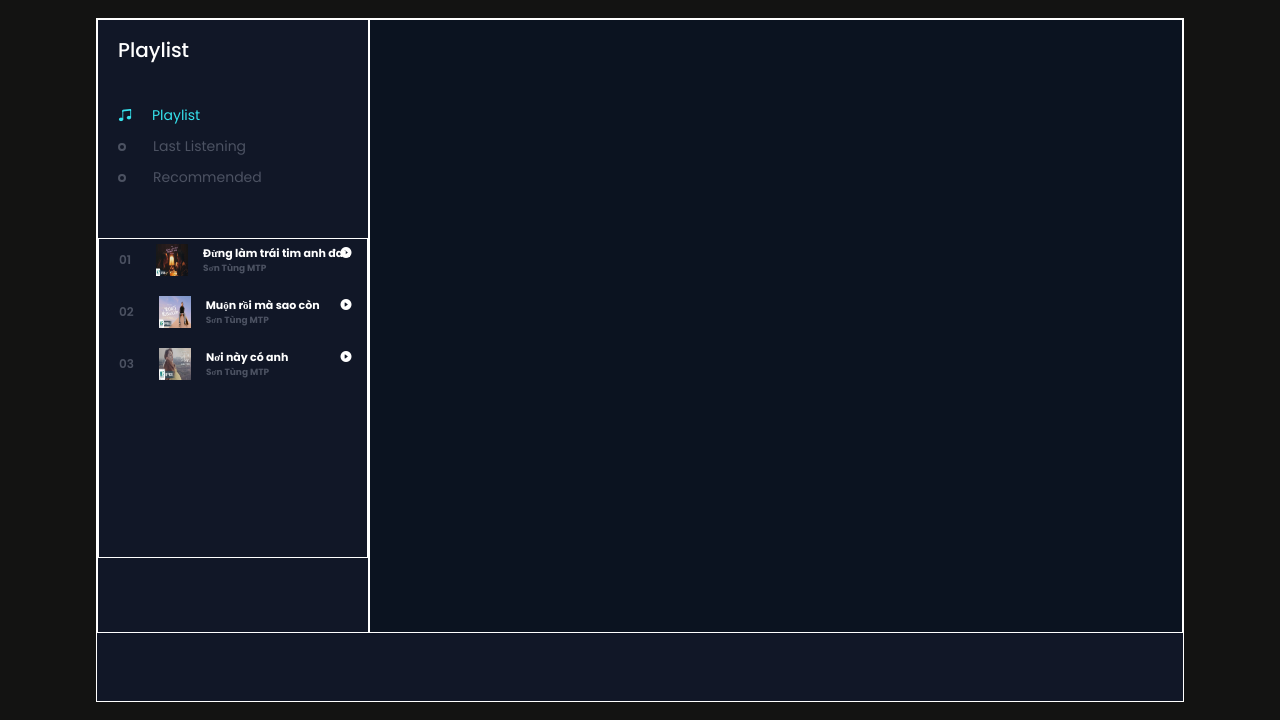
Repository: reminzuetto/Music-Website
Page: index.html
An editor plug-in stored every save of this project. The page is shown before and after a run of saves, followed by the edit.
The browser window is 1280 px wide. The pictures show the whole page.

Above is the page before, as saved 2024-06-10 23:11:32.

### index.html
<!DOCTYPE html>
<html lang="en">
  <head>
    <meta charset="UTF-8" />
    <meta name="viewport" content="width=device-width, initial-scale=1.0" />
    <link rel="stylesheet" href="./style.css" />
    <link
      rel="stylesheet"
      href="https://cdn.jsdelivr.net/npm/bootstrap-icons@1.11.3/font/bootstrap-icons.min.css"
    />
    <title>Music Website</title>
  </head>
  <body>
    <header>
      <div class="menu_side">
        <h1>Playlist</h1>
        <div class="playlist">
          <h4 class="active">
            <span></span><i class="bi bi-music-note-beamed"></i>Playlist
          </h4>
          <h4>
            <span></span><i class="bi bi-music-note-beamed"></i>Last Listening
          </h4>
          <h4>
            <span></span><i class="bi bi-music-note-beamed"></i>Recommended
          </h4>
        </div>
        <div class="menu_song">
          <li class="songItem">
            <span>01</span>
            <img
              src="./MusicThumbnail/DungLamTraiTimAnhDau.jpg"
              alt="DungLamTraiTimAnhDau"
            />
            <h5 class="subtitle">
              Đừng làm trái tim anh đau
              <div class="subtitle">Sơn Tùng MTP</div>
              <i class="bi bi-play-circle-fill"></i>
            </h5>
          </li>
          <li class="songItem">
            <span>02</span>
            <img
              src="./MusicThumbnail/MuonRoiMaSaoCon.jpg"
              alt="MuonRoiMaSaoCon"
            />
            <h5 class="subtitle">
              Muộn rồi mà sao còn
              <div class="subtitle">Sơn Tùng MTP</div>
              <i class="bi bi-play-circle-fill"></i>
            </h5>
          </li>
          <li class="songItem">
            <span>03</span>
            <img src="./MusicThumbnail/NoiNayCoAnh.jpg" alt="NoiNayCoAnh" />
            <h5 class="subtitle">
              Nơi này có anh
              <div class="subtitle">Sơn Tùng MTP</div>
              <i class="bi bi-play-circle-fill"></i>
            </h5>
          </li>
        </div>
      </div>
      <div class="song_side"></div>
      <div class="master_play"></div>
    </header>
    <script src="./main.js"></script>
  </body>
</html>

### style.css
@import url("https://fonts.googleapis.com/css2?family=Poppins:ital,wght@0,100;0,200;0,300;0,400;0,500;0,600;0,700;0,800;0,900;1,100;1,200;1,300;1,400;1,500;1,600;1,700;1,800;1,900&display=swap");
* {
  padding: 0%;
  margin: 0%;
  box-sizing: border-box;
}

body {
  width: 100%;
  height: 100vh;
  background-color: #131312;
  font-family: "Poppins", "sans-serif";
  display: flex;
  align-items: center;
  justify-content: center;
}

header {
  width: 85%;
  height: 95%;
  border: 1px solid #fff;
  display: flex;
  flex-wrap: wrap;
  overflow: hidden;
}

header .menu_side,
.song_side {
  position: relative;
  width: 25%;
  height: 90%;
  border: 1px solid #fff;
  background-color: #111727;
  box-shadow: 5px 0px 2px #090f1f;
  color: #fff;
}

header .song_side {
  width: 75%;
  background: #0b1320;
}

header .master_play {
  width: 100%;
  height: 10%;
  background: #111727;
  box-shadow: 0px 3px 8px #090f1f;
}

header .menu_side h1 {
  font-size: 20px;
  margin: 15px 0px 0px 20px;
  font-weight: 500;
}

header .menu_side .playlist {
  margin: 40px 0px 0px 20px;
}
header .menu_side .playlist h4 {
  font-size: 14px;
  font-weight: 400;
  padding-bottom: 10px;
  color: #4c5262;
  cursor: pointer;
  display: flex;
  align-items: center;
  transition: 0.3 linear;
}

header .menu_side .playlist h4:hover {
  color: #fff;
}
header .menu_side .playlist h4 span {
  position: relative;
  margin-right: 35px;
}
header .menu_side .playlist h4 span::before {
  content: "";
  position: absolute;
  width: 4px;
  height: 4px;
  border: 2px solid #4c5262;
  border-radius: 50%;
  top: -4px;
  transition: 0.3s linear;
}

header .menu_side .playlist h4:hover span::before:hover {
  border: 2px solid #fff;
}

header .menu_side .playlist h4 .bi {
  display: none;
}

header .menu_side .playlist .active {
  color: #36e2ec;
}

header .menu_side .playlist .active span {
  display: none;
}

header .menu_side .playlist .active .bi {
  display: block;
  margin-right: 20px;
}

header .menu_side .menu_song {
  width: 100%;
  height: 320px;
  border: 1px solid #fff;
  margin-top: 40px;
}
header .menu_side .menu_song li {
  position: relative;
  list-style: none;
  padding: 5px 0px 5px 20px;
  margin-bottom: 10px;
  cursor: pointer;
  transition: 0.3s linear;
  display: flex;
  align-items: center;
}
header .menu_side .menu_song li:hover {
  background: rgb(105, 105, 170, 0.1);
}
header .menu_side .menu_song li span {
  font-size: 12px;
  font-weight: 600;
  color: #4c5262;
}
header .menu_side .menu_song li img {
  width: 32px;
  height: 32px;
  margin-left: 25px;
}

header .menu_side .menu_song li h5 {
  font-size: 11px;
  margin-left: 15px;
}

header .menu_side .menu_song li h5 .subtitle {
  font-size: 9px;
  color: #4c5262;
}

header .menu_side .menu_song li .bi {
  position: absolute;
  right: 15px;
  top: 6px;
}

Loaded but not shown: main.js (no copy from this time; the picture is the same without it)

After the next 2 saves:
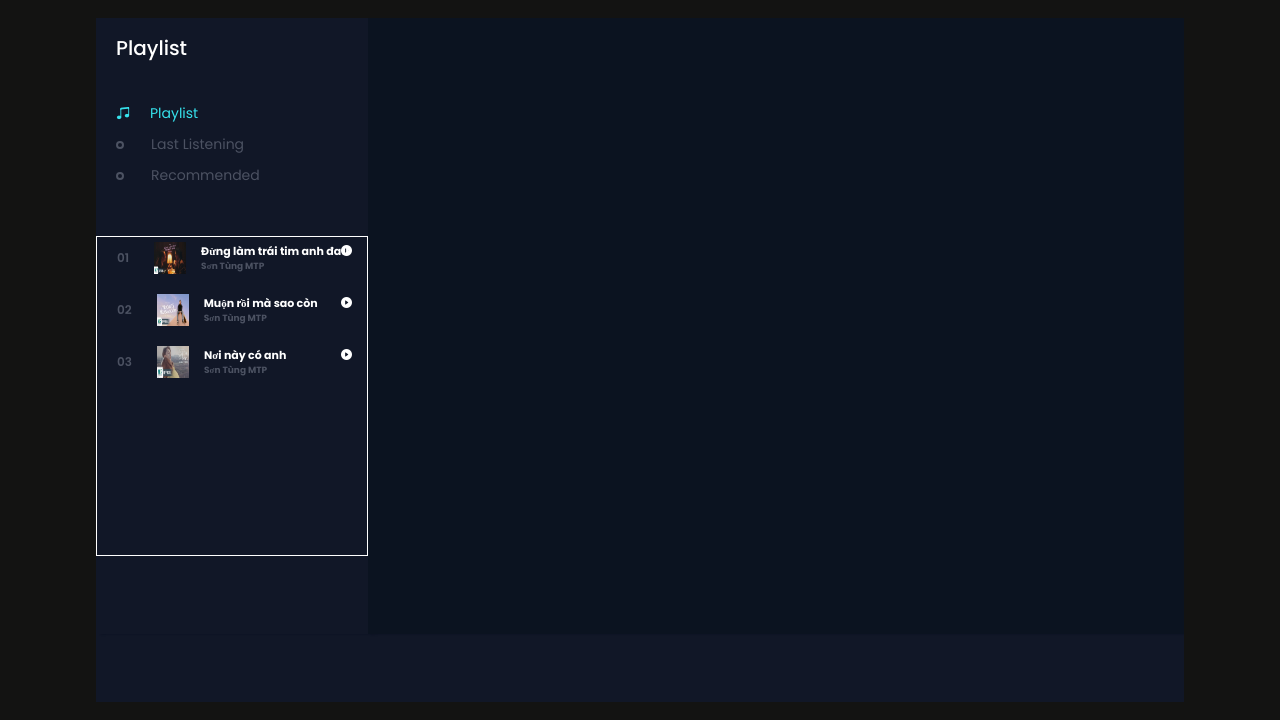
The 2 saves are shown as one change because they came seconds apart.
The last was saved 35 s later.
--- a/style.css
+++ b/style.css
@@ -18,7 +18,7 @@ body {
 header {
   width: 85%;
   height: 95%;
-  border: 1px solid #fff;
+  /* border: 1px solid #fff; */
   display: flex;
   flex-wrap: wrap;
   overflow: hidden;
@@ -29,7 +29,7 @@ header .menu_side,
   position: relative;
   width: 25%;
   height: 90%;
-  border: 1px solid #fff;
+  /* border: 1px solid #fff; */
   background-color: #111727;
   box-shadow: 5px 0px 2px #090f1f;
   color: #fff;
